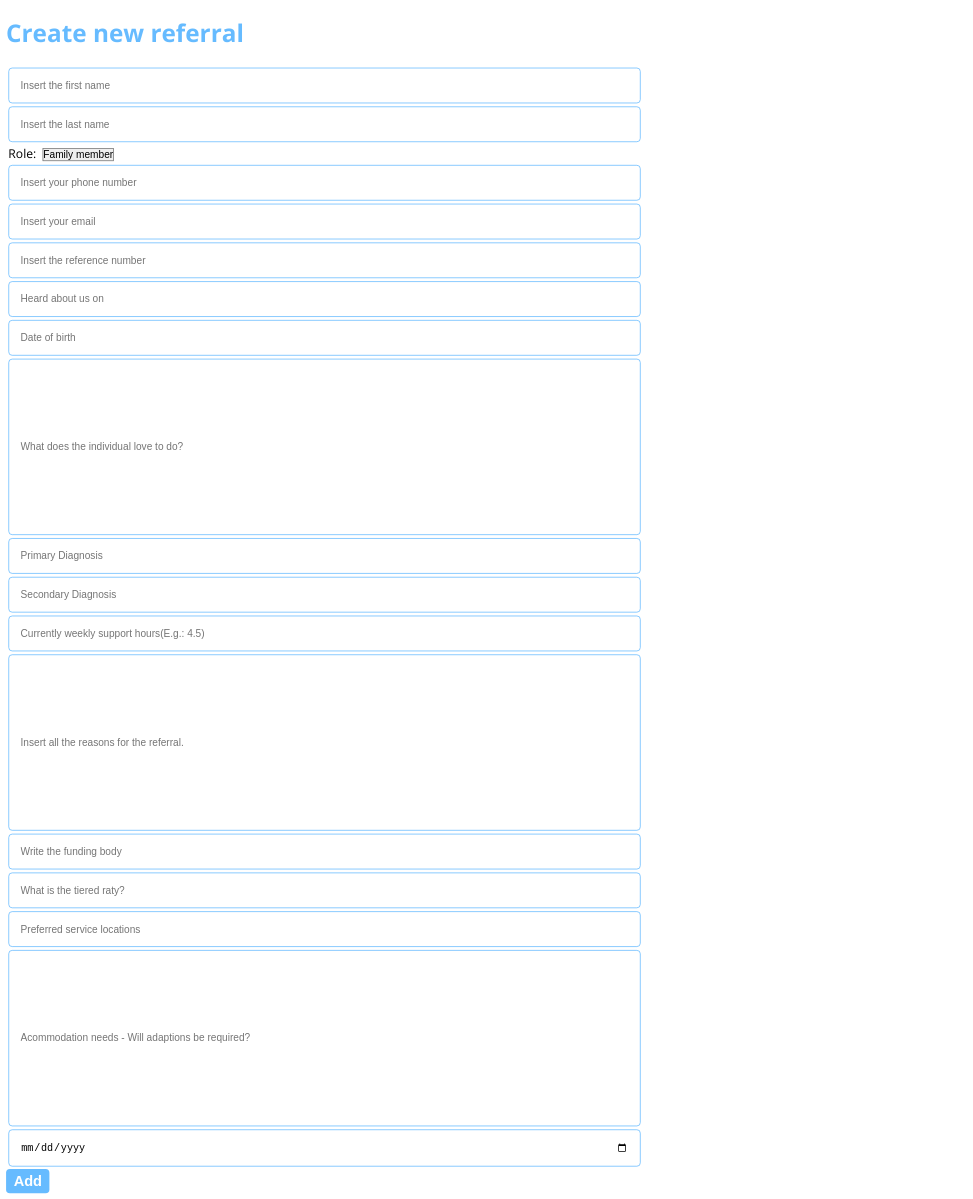
Repository: israelrodriguees/QAactivity
Page: http://localhost/referral/new_referral.jsp
These files come from the project's save history. The page is drawn as it stood at one moment and after the next save; the edit follows.
The browser window is 1280 px wide. The pictures show the whole page, at 76% of full size.
The page is served by Tomcat 9. Other server files are loaded and not shown.

Above is the page before, as saved 2021-08-17 11:37:31.

### referral/src/main/webapp/new_referral.jsp
<!DOCTYPE html>
<html>
<head>
<meta charset="ISO-8859-1">
<title>Referral Form</title>
<link rel="icon" href="images/form.png">
<link rel="stylesheet" href="style.css">
</head>
<body>
	<h1>Create new referral</h1>
	<form name="frmReferral" action="insert">
		<table>
			<tr>
				<td><input type="text" name="txt_firstname"
					placeholder="Insert the first name" class="Box1"></td>
			</tr>
			<tr>
				<td><input type="text" name="txt_lastname"
					placeholder="Insert the last name" class="Box1"></td>
			</tr>

			<tr>
				<td><label class="Box3" padding="5px">Role:</label>&nbsp; <select name="txt_role">
						<option value="Family">Family member</option>
						<option value="Advocate">Advocate</option>
						<option value="Social Worker">Social worker</option>
						<option value="Other">Other</option>
				</select></td>
			</tr>

			<tr>
				<td><input type="text" name="txt_phone"
					placeholder="Insert your phone number" class="Box1"></td>
			</tr>

			<tr>
				<td><input type="text" name="txt_email"
					placeholder="Insert your email" class="Box1"></td>
			</tr>

			<tr>
				<td><input type="text" name="txt_refnumber"
					placeholder="Insert the reference number" class="Box1"></td>
			</tr>

			<tr>
				<td><input type="text" name="txt_hear"
					placeholder="Heard about us on" class="Box1"></td>
			</tr>

			<tr>
				<td><input type=text name="txt_dbirth"
					placeholder="Date of birth" class="Box1"></td>
			</tr>

			<tr>
				<td><input type="text" name="txt_todo"
					placeholder="What does the individual love to do?" class="Box2"></td>
			</tr>

			<tr>
				<td><input type="text" name="txt_pdiagnosis"
					placeholder="Primary Diagnosis" class="Box1"></td>
			</tr>

			<tr>
				<td><input type="text" name="txt_sdiagnosis"
					placeholder="Secondary Diagnosis" class="Box1"></td>
			</tr>


			<tr>
				<td><input type="number" name="float_hours"
					placeholder="Currently weekly support hours(E.g.: 4.5)" class="Box1"></td>
			</tr>

			<tr>
				<td><input type="text" name="txt_reasonref"
					placeholder="Insert all the reasons for the referral." class="Box2"></td>
			</tr>

			<tr>
				<td><input type="text" name="txt_fundingbody"
					placeholder="Write the funding body" class="Box1"></td>
			</tr>

			<tr>
				<td><input type="text" name="txt_draty"
					placeholder="What is the tiered raty?" class="Box1"></td>
			</tr>

			<tr>
				<td><input type="text" name="txt_preflocation"
					placeholder="Preferred service locations" class="Box1"></td>
			</tr>

			<tr>
				<td><input type="text"   name="txt_acomneeds"
					placeholder="Acommodation needs - Will adaptions be required?" class="Box2"></td>
			</tr>

			<tr>
				<td><input type="date" name="txt_dstart"
					placeholder="The preferred start date" class="Box1"></td>
			</tr>
		</table>
		<input type="button" value="Add" class="button1" onclick="validate()">
	</form>

	<script src="scripts/Validate.js"></script>
</body>
</html>

### referral/src/main/webapp/style.css
@charset "ISO-8859-1";

@import
	url('https://fonts.googleapis.com/css2?family=Open+Sans:wght@400;700&display=swap')
	;

body {
	font-family: 'Open Sans', sans-serif;;
	font-size: 1em;
	font-weight: 400;
}

h1 {
	color: #66bbff;
}

.button1 {
	text-decoration: none;
	background-color: #66bbff;
	padding: 5px 10px 5px 10px;
	color: #fff;
	font-size: 1.2em;
	font-weight: 700;
	border-radius: 5px;
	border: 0;
	cursor: pointer;
}

.Box1 {
	width: 800px;
	padding: 15px;
	maring-bottom: 10px;
	border: 1px solid #66bbff;
	border-radius: 5px;
}

.Box2 {
	width: 800px;
	height: 200px;
	padding: 15px;
	maring-bottom: 10px;
	border: 1px solid #66bbff;
	border-radius: 5px;
}


select{
	-webkit-appearance: none;
	-moz-appearance: none;
	appearance: none;
}

### referral/src/main/webapp/scripts/Validate.js
/**
 * Validation of form fields
 * @Israel Diniz
 */

function validate() {
	let fnome = frmReferral.txt_firstname.value
	let lnome = frmReferral.txt_lastname.value
	let role = frmReferral.txt_role.value
	let phone = frmReferral.txt_phone.value
	let email = frmReferral.txt_email.value
	let refnumber = frmReferral.txt_refnumber.value
	let hearabout = frmReferral.txt_hear.value
	let datebirth = frmReferral.txt_dbirth.value
	let todo = frmReferral.txt_todo.value
	let pdiag = frmReferral.txt_pdiagnosis.value
	let sdiag = frmReferral.txt_sdiagnosis.value
	let weekhours = frmReferral.float_hours.value
	let reason = frmReferral.txt_reasonref.value
	let funding = frmReferral.txt_fundingbody.value
	let draty = frmReferral.txt_draty.value
	let location = frmReferral.txt_preflocation.value
	let acomneeds = frmReferral.txt_acomneeds.value
	let dstart = frmReferral.txt_dstart.value

	if (fnome === "" || lnome === "") {
		alert('Please insert a first name and a last name')
	} else if (isNaN(phone)) {
		alert('Please insert a valid phone number')
	} else if (refnumber === "") {
		alert('Please insert a reference number')
	} else if (datebirth === "") {
		alert('Please insert the date birth')
	} else if (todo === "") {
		alert('Please insert what the individual likes to do')
	} else if (pdiag === "") {
		alert('Please insert the individual primary diagnosis')
	} else if (sdiag === "") {
		alert('Please insert the individual secondary diagnosis')
	} else if (weekhours === 0 || weekhours === "") {
		alert('Please insetr the weekly hours necessarily')
	} else if (weekhours === 0 || weekhours === "") {
		alert('Please insert the weekly hours necessarily')
	} else if (reason === "") {
		alert('Please insert the reason for referral')
	} else if (funding === "") {
		alert('Please insert the funding body')
	} else if (draty === "") {
		alert('Please insert the tierred raty')
	} else if (location === "") {
		alert('Please insert the preferred service locations')
	} else if (acomneeds === "") {
		alert('Please insert the accomodation needs. Will adaptations be required?')
	} else if (dstart === "") {
		alert('Please insert the preferred service start date')
	} else{
		document.forms["frmReferral"].submit()
	}
}

After the next save:
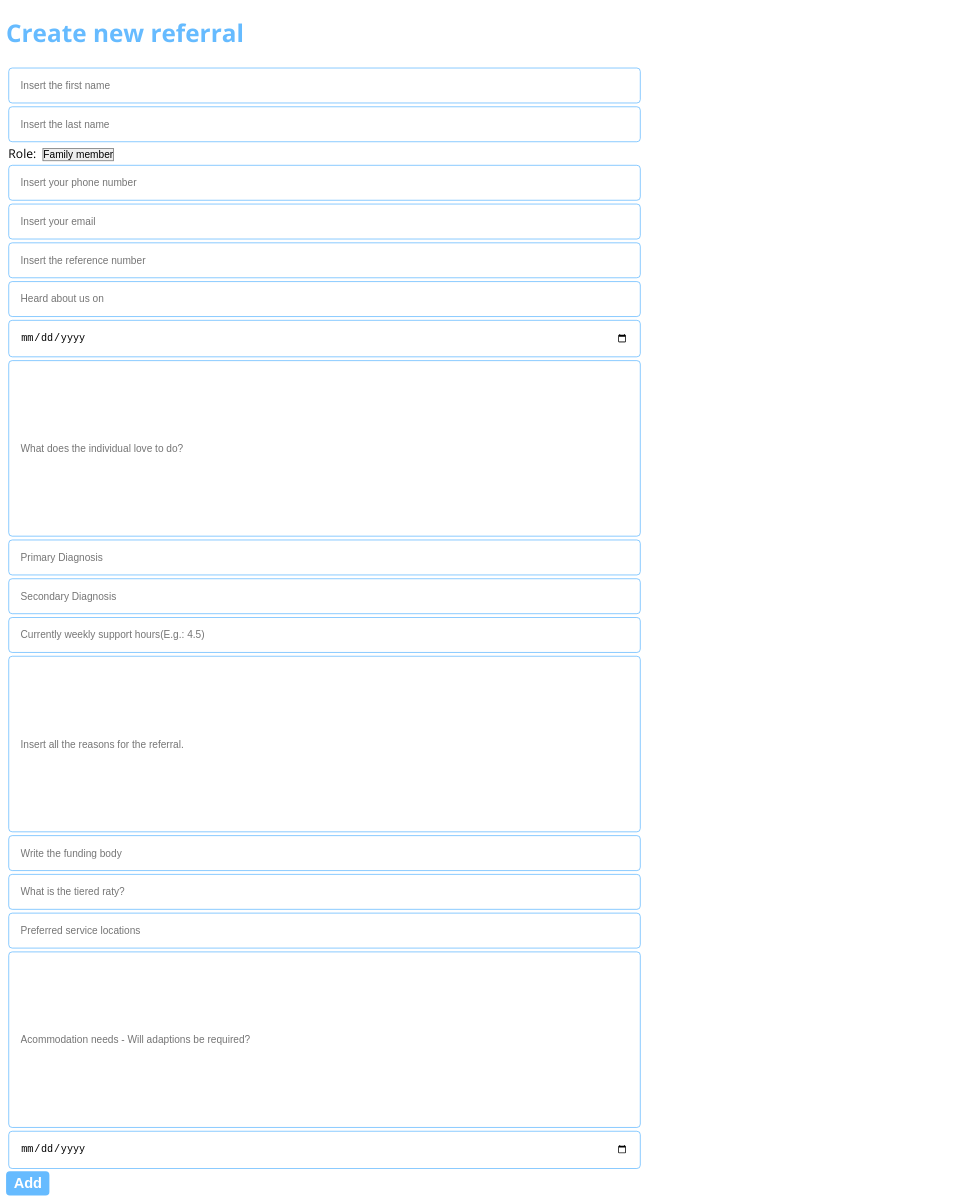
Saved 68 min 48 s later.
--- a/referral/src/main/webapp/new_referral.jsp
+++ b/referral/src/main/webapp/new_referral.jsp
@@ -49,7 +49,7 @@
 			</tr>
 
 			<tr>
-				<td><input type=text name="txt_dbirth"
+				<td><input type="date" name="txt_dbirth"
 					placeholder="Date of birth" class="Box1"></td>
 			</tr>
 
--- a/referral/src/main/webapp/scripts/Validate.js
+++ b/referral/src/main/webapp/scripts/Validate.js
@@ -15,7 +15,7 @@
 	let todo = frmReferral.txt_todo.value
 	let pdiag = frmReferral.txt_pdiagnosis.value
 	let sdiag = frmReferral.txt_sdiagnosis.value
-	let weekhours = frmReferral.float_hours.value
+	let weekhours = frmReferral.float_hours.value;
 	let reason = frmReferral.txt_reasonref.value
 	let funding = frmReferral.txt_fundingbody.value
 	let draty = frmReferral.txt_draty.value
